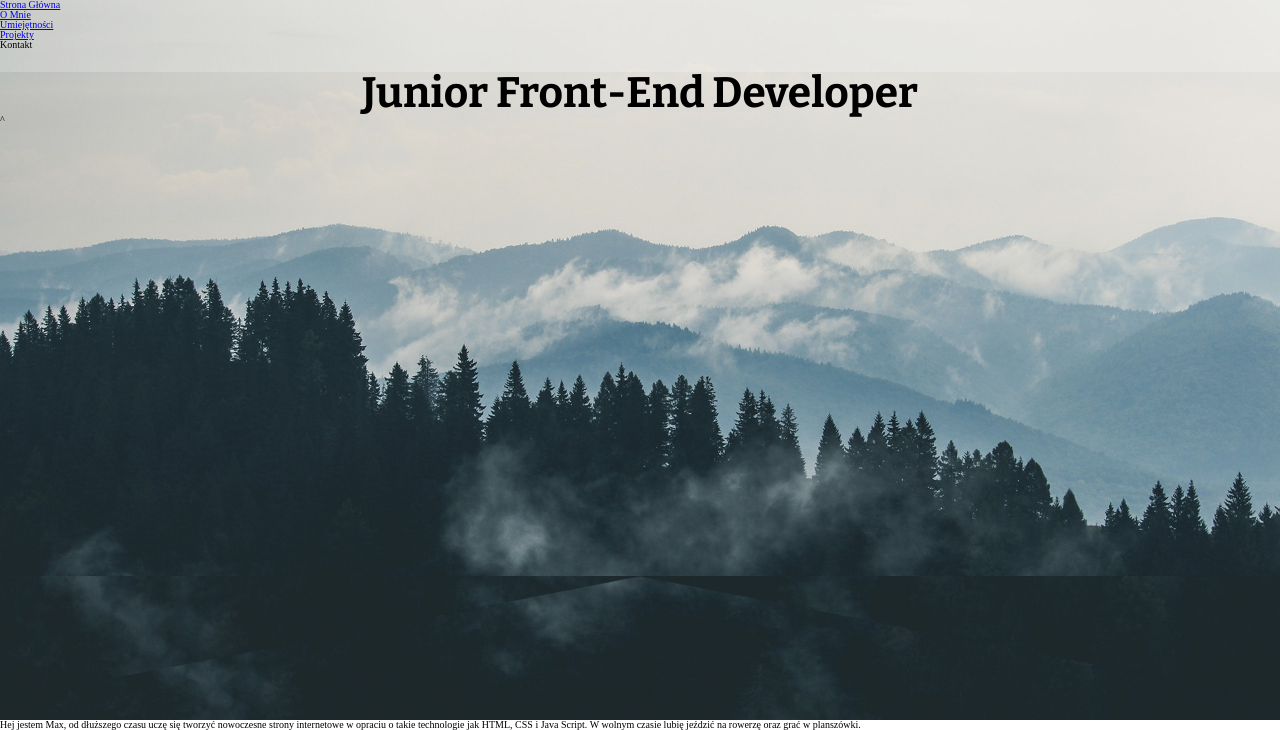
Repository: Maxs777/wizytowka
Page: index.html
These files come from the project's save history. The page is drawn as it stood at one moment and after a run of saves; the edit follows.
The browser window is 1280 px wide. The pictures show the whole page.

Above is the page before, as saved 2019-03-09 21:56:57.

### index.html
<!DOCTYPE html>
<html lang="pl">
<head>
    <meta charset="UTF-8">
    <meta name="viewport" content="width=device-width, initial-scale=1.0">
    <meta http-equiv="X-UA-Compatible" content="ie=edge">
    <link rel="stylesheet" href="_css/style.css">
    <title>Strona-wizytówka</title>
    <meta name="description" content="Jest to moja pierwsza strona-wizytówka">
    <meta name="author" content="Maksymilian Suchocki">
    <link href="https://fonts.googleapis.com/css?family=Bitter:400i,700&amp;subset=latin-ext" rel="stylesheet">
    <link rel="stylesheet" href="https://use.fontawesome.com/releases/v5.7.2/css/all.css"
        integrity="sha384-fnmOCqbTlWIlj8LyTjo7mOUStjsKC4pOpQbqyi7RrhN7udi9RwhKkMHpvLbHG9Sr" crossorigin="anonymous">


</head>
<body>
   <div class="container">
       <header>
        <nav>
            <ul>
                <li><a href="#header">Strona Główna</a></li>
                <li><a href="#section1">O Mnie</a></li>
                <li><a href="#section2">Umiejętności</a></li>
                <li><a href="#section3">Projekty</a></li>
                <li><a href="#section4"></a>Kontakt</li>
            </ul>
        </nav>
           <h1>Junior Front-End Developer</h1>
           <div class="wrapper">^</div>
           <div class="downimage"></div>
        </header>
       <section id="section1" class="me">
           <article class="aboutme">
               <p>Hej jestem Max, od dłuższego czasu uczę się tworzyć nowoczesne strony internetowe w opraciu o takie technologie jak HTML, CSS i Java Script. W wolnym czasie lubię jeździć na rowerzę oraz grać w planszówki.</p>
            </article>
           <article class="aboutme"></article>
       </section>
       <section id="section2" class="skills"></section>
       <section id="section3" class="project"></section>
       <section id="section4" class="contact"></section>
       <footer></footer>
   </div>
</body>
</html>

### _css/style.css
@import url('reset.css');

:root{
    /* -----------------------------fonts */
    font-size: 62.5%;
    /* font-family: 'Bitter', serif; */

    /*---------------------------- colors */
    --dark-blue-color: #2C3E50;
    --red-color: #E74C3C;
    --white-color: #ECF0F1;
    --main-blue: #3498DB;
    --second-blue: #2980B9;
    /* ---------------------------------- */
}

*,
*::after,
*::before{
    box-sizing: border-box;
}

h1, h2{
    font-family: 'Bitter',
    serif;
}

h1{
    font-size: 4.25rem;
    font-weight: bold;
    text-align: center;
}

nav{
    background-color: rgba(255, 255, 255, .2);
    height: 10vh;
    position: sticky;
    text-decoration: none;


}

.hide{
    position: absolute;
    clip:rect(0px 0px 0px 0px);
    *clip: rect(0 0 0 0);
}

header{
    height: 100vh;
    width: 100vw;
    background: url(../_assets/_img/background.jpg) center / cover;
    /* overflow: hidden; */
}

.downimage{
        background: url(../_assets/_img/background1.png) bottom / cover no-repeat;
        height: 20vh;
        width: 100vw;
        position: absolute;
        top: 80vh;
}

Loaded but not shown: _css/reset.css (common file)

After the next 2 saves:
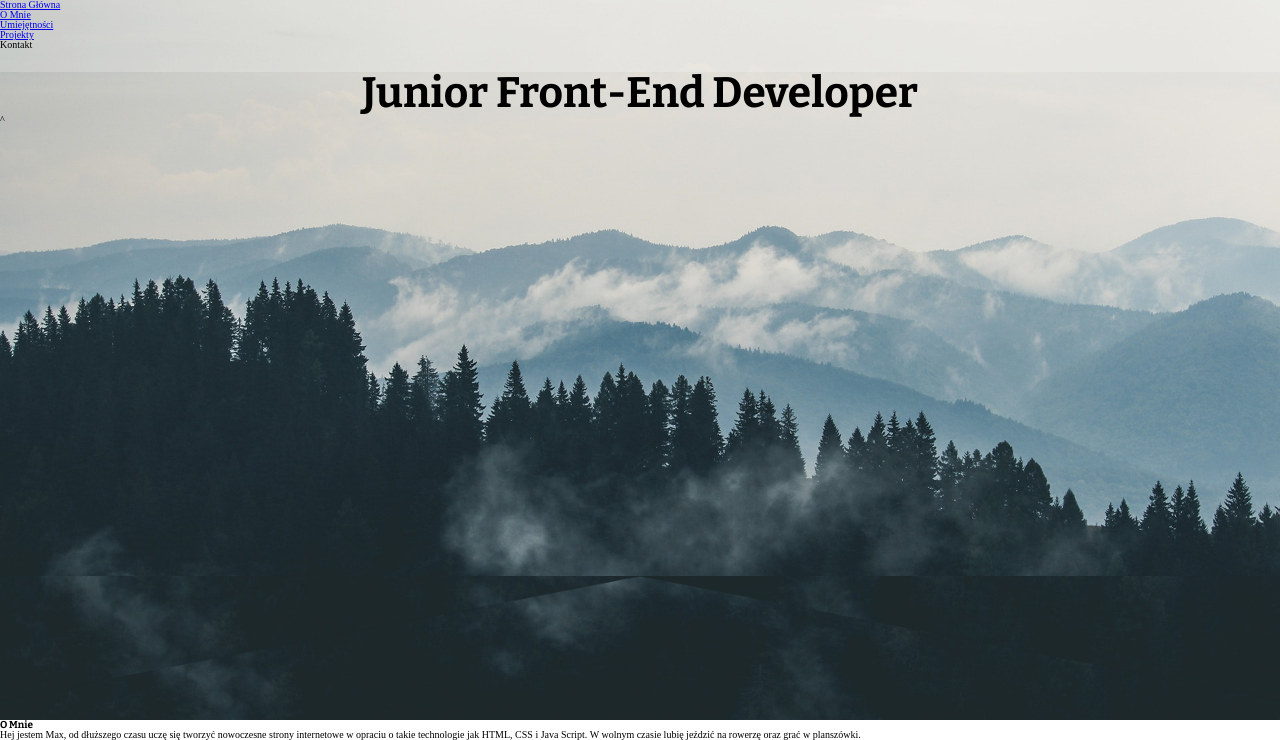
The 2 saves are shown as one change because they came seconds apart.
The last was saved 8 s later.
--- a/index.html
+++ b/index.html
@@ -32,6 +32,7 @@
         </header>
        <section id="section1" class="me">
            <article class="aboutme">
+               <h2>O Mnie</h2>
                <p>Hej jestem Max, od dłuższego czasu uczę się tworzyć nowoczesne strony internetowe w opraciu o takie technologie jak HTML, CSS i Java Script. W wolnym czasie lubię jeździć na rowerzę oraz grać w planszówki.</p>
             </article>
            <article class="aboutme"></article>
